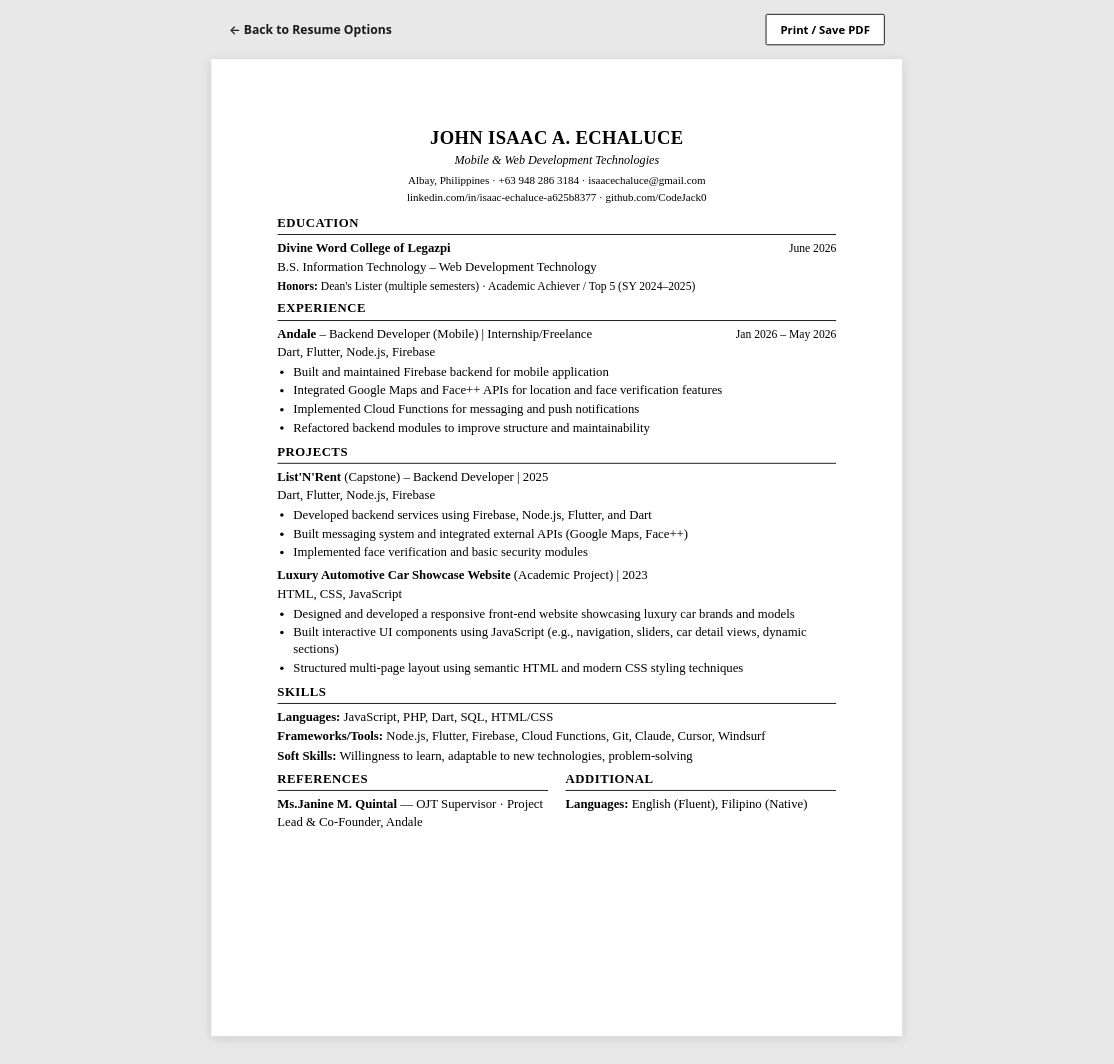
Repository: CodeJack0/Professional_Portfolio
Page: pages/resume_development.html
An editor plug-in stored every save of this project. The page is shown before and after the next save, followed by the edit.
The browser window is 1280 px wide. The pictures show the whole page, at 87% of full size.

Above is the page before, as saved 2026-05-30 09:36:49.

After the next save:
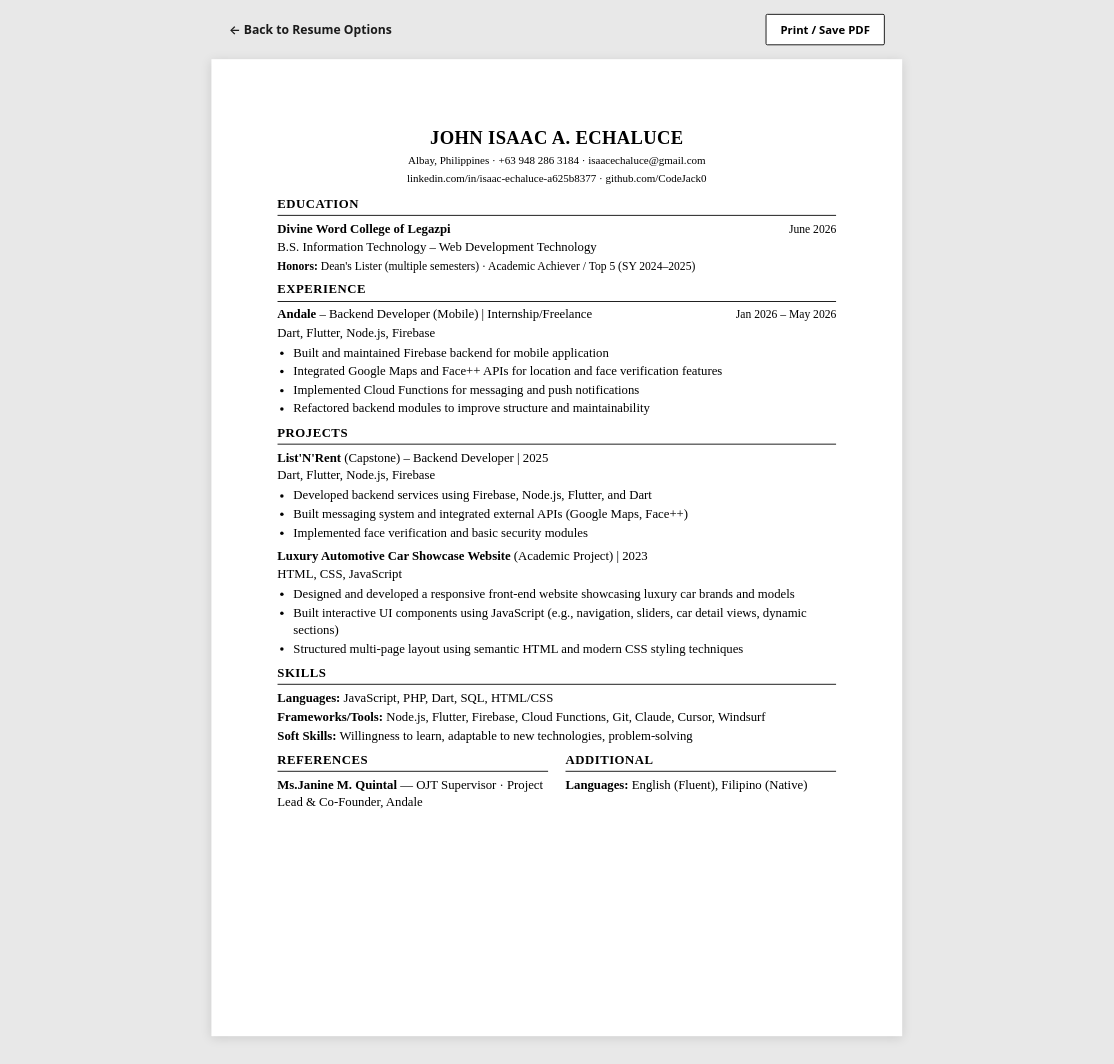
Saved 6 min 31 s later.
--- a/pages/resume_development.html
+++ b/pages/resume_development.html
@@ -16,7 +16,6 @@
   <article class="resume-document" aria-label="Resume">
     <header class="resume-header">
       <h1 class="resume-name">John Isaac A. Echaluce</h1>
-      <p class="resume-tagline">Mobile &amp; Web Development Technologies</p>
       <p class="resume-contact-line">
         Albay, Philippines · <a href="tel:+639482863184">+63 948 286 3184</a> ·
         <a href="mailto:isaacechaluce@gmail.com">isaacechaluce@gmail.com</a>
